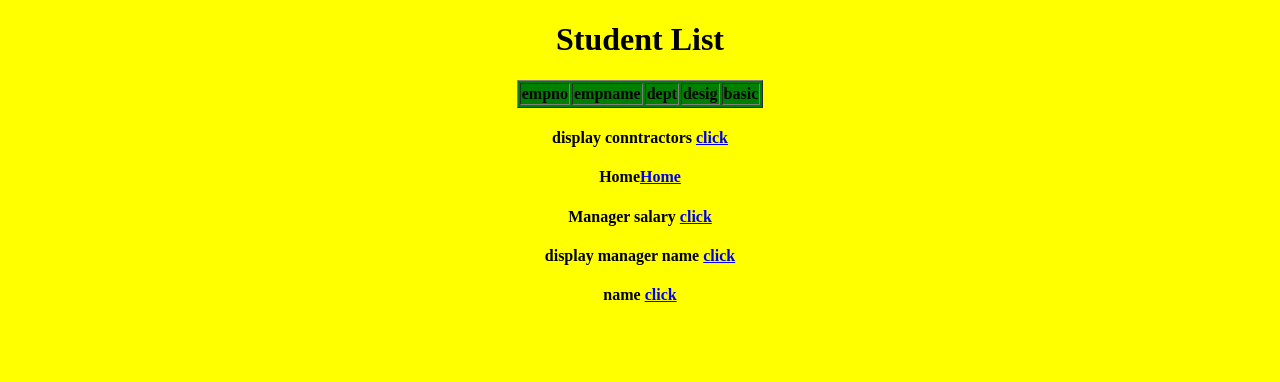
Repository: vinodkumarr269/microservices
Page: http://localhost/AdvSpringData/WEB-INF/views/home.jsp
An editor plug-in stored every save of this project. The page is shown before and after the next save, followed by the edit.
The browser window is 1280 px wide. The pictures show the whole page.
The page is served by Tomcat 9. Nobody is signed in. Other server files are loaded and not shown. The template is opened directly, without the code that normally fills it, so the values that code supplies are empty.

Above is the page before, as saved 2019-10-15 10:36:08.

### SpringData/AdvSpringData/src/main/webapp/WEB-INF/views/home.jsp
<%@page contentType="text/html" pageEncoding="UTF-8"%>
<!DOCTYPE HTML PUBLIC "-//W3C//DTD HTML 4.01 Transitional//EN"
   "http://www.w3.org/TR/html4/loose.dtd">
<%@ taglib uri="http://java.sun.com/jsp/jstl/core" prefix="c" %>

<html>
<head>
<meta http-equiv="Content-Type" content="text/html; charset=UTF-8">
<title>Employee Management Screen</title>
<style>
table:hover {
	background: pink;
}
</style>
</head>
<body bgcolor="yellow">
	<div align="center">
		<h1>Student List</h1>

		<table border="1" bgcolor="green">
			<th>empno</th>
			<th>empname</th>
			<th>dept</th>
			<th>desig</th>
			<th>basic</th>

			<c:forEach var="student" items="${employeeList}">
				<tr >
					<td>${student.empno}</td>
					<td>${student.name}</td>
					<td>${student.dept}</td>
					<td>${student.desig}</td>
					<td>${student.basic}</td>

				</tr>
			</c:forEach>
		</table>
		<h4>display conntractors <a href="/displaycontractor">click</a></h4>
		<h4>Home<a href="/">Home</a></h4>
		<h4>Manager salary <a href="/managersalary">click</a></h4>
		<h4>display manager name <a href="managername">click</a></h4>
		<h4>name <a href="name">click</a></h4>


	</div>
</body>
</html>

After the next save:
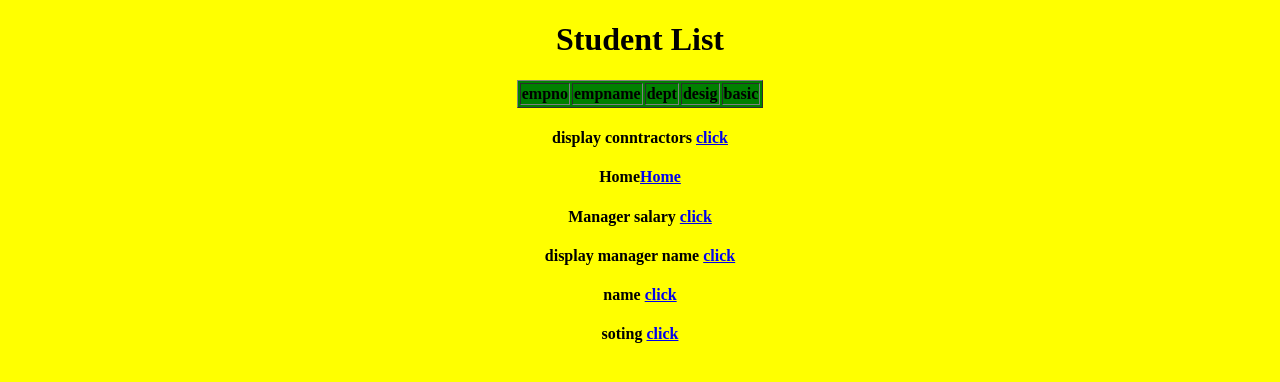
Saved 92 s later.
--- a/SpringData/AdvSpringData/src/main/webapp/WEB-INF/views/home.jsp
+++ b/SpringData/AdvSpringData/src/main/webapp/WEB-INF/views/home.jsp
@@ -40,6 +40,7 @@ table:hover {
 		<h4>Manager salary <a href="/managersalary">click</a></h4>
 		<h4>display manager name <a href="managername">click</a></h4>
 		<h4>name <a href="name">click</a></h4>
+	    <h4>soting <a href="displayallsortbydesign">click</a></h4>
 
 
 	</div>
